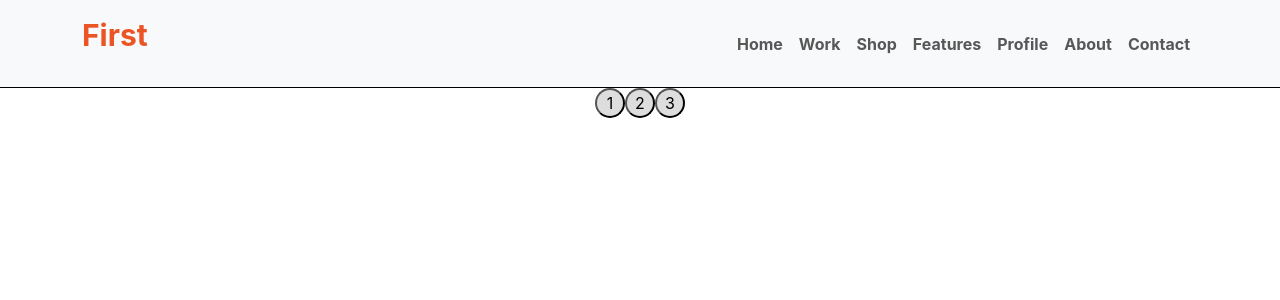
Repository: Hager-h/temple
Page: /contact
The author's editor kept a copy of each file at every save. The page is drawn from the files as they stood at one save, then again after the next save.
The browser window is 1280 px wide. The pictures show the whole page.
The project was rebuilt for these pictures with package versions that can differ from the ones it lists, and the page was loaded fresh each time. Also part of the build but not shown: src/components/work/work.css, src/components/hook/Hook.js, src/components/work/Work.js, src/components/hook2/Hook2.js, src/components/portfolio/Portfolio.js, src/components/footer/Footer.js, src/components/social/Social.js, src/components/about/About.js and 10 more.

Above is the page before, as saved 2023-07-19 15:20:27.

### src/index.js
import React from 'react';
import ReactDOM from 'react-dom/client';
import "../node_modules/bootstrap/dist/css/bootstrap.min.css"
import "../node_modules/bootstrap/dist/js/bootstrap.min.js"
import './index.css';

import App from './App';
import reportWebVitals from './reportWebVitals';
import { BrowserRouter } from 'react-router-dom';

const root = ReactDOM.createRoot(document.getElementById('root'));
root.render(
  <BrowserRouter>
  <App />
  </BrowserRouter>
);

// If you want to start measuring performance in your app, pass a function
// to log results (for example: reportWebVitals(console.log))
// or send to an analytics endpoint. Learn more: https://bit.ly/CRA-vitals
reportWebVitals();

### src/App.js
import './App.css';
import Home from "./components/home/Home"
import Contact from "./components/contact/index"
import Nav from "./components/navbar/Nav"
import {Routes,Route} from "react-router-dom"
import Shop from './components/Shop/Shop';
import Card  from './components/card/Card';
function App() {
  return (
    <div className="App">
    <Nav />
    <Routes>
    <Route path="/" element={<Home />} />
    <Route path="/contact" element={<Contact />} />
    <Route path="/shop" element={<Shop />} />
    <Route path="shop/:cardId" element={<Card />} />

    </Routes>




    </div>
  );
}

export default App;

### src/components/contact/index.js
import React from 'react'
import "./contact.css"
export default function Contact() {
  return (
    <div>
      <div className="contact">
      <div className="btn-cont">
      <button className="circle">1</button>
      <button className="circle">2</button>
      <button className="circle">3</button>

        </div>

      </div>


    </div>
  )
}

### src/components/navbar/Nav.js
import React from "react"
import { Link } from 'react-router-dom'

import "./navStyle.css"
export default function Nav() {
  return (



    <nav className="navbar navbar-expand-lg bg-body-tertiary ">
    <div className="container ">
      <p className="navbar-brand logo-text" >First</p>
      <button className="navbar-toggler" type="button" data-bs-toggle="collapse" data-bs-target="#navbarNavAltMarkup" aria-controls="navbarNavAltMarkup" aria-expanded="false" aria-label="Toggle navigation">
        <span className="navbar-toggler-icon"></span>
      </button>
      <div className="collapse navbar-collapse  " id="navbarNavAltMarkup">
        <div className="navbar-nav ms-auto">
          <Link className="nav-link " to="/">Home</Link>
          <Link className="nav-link" to="/work">Work</Link>
          <Link className="nav-link" to="/shop">Shop</Link>
          <Link className="nav-link" to="/feat">Features</Link>
          <Link className="nav-link" to="/profile">Profile</Link>
          <Link className="nav-link" to="/about">About</Link>
          <Link className="nav-link" to="/contact">Contact</Link>
        </div>

      </div>
    </div>
  </nav>

















  )
}

### src/components/contact/contact.css
.circle{
  width:30px;
  height:30px;
  background-color:#ddd;
  border-radius:50%;
}
.btns-contact{
  display:flex;
  justify-content:space-around;
  align-items:center;
}

### src/components/navbar/navStyle.css
.navbar {
  background: #fff;
  border-bottom: 1px solid #000;


}




 .logo-text {
  font-size: 30px;
  font-weight: bold;
  color:#eb5424
};
.nav-link{
  font-weight: bolder;}
.nav-link:focus, .nav-link:hover {
  color: #F44336;
}.nav-link:focus, .nav-link:hover {
  color: #F44336;

}
.navbar-nav{
  font-weight: bolder;

}
.navbar-toggler:focus{
  border:2px solid #F44336;
  box-shadow: 0 0 0 #F44336;
}
@media(max-width:570px){
  .text-landing{
    width:100%;
  }
}

### src/components/portfolio/port.css
.port{
  margin-top:30px;
}
.box{position:relative;
  overflow: hidden;


}
 .catgeory{
  display :flex;
  justify-content: center;
  align-items: center;
  margin-top: 30px;

 }
 .catgeory p:not(:last-child){
  margin-right: 22px;
 }
.catgeory p{
  cursor:pointer;
  font-weight: bold;

}
.catgeory p:hover,.orange{
  color: #F44336;
}


  .port-image{
    max-width:100%;

 }
 span{
  border:1px solid #F44336;
  position: absolute;
  top:50%;
  left:50%;
  transform: translate(-50%,-50%);
  -webkit-transform: translate(-50%,-50%);
  -moz-transform: translate(-50%,-50%);
  -ms-transform: translate(-50%,-50%);
  -o-transform: translate(-50%,-50%);
  background-color: aliceblue;
  padding: 8px 8px;
  border-radius: 14px;
  -webkit-border-radius: 14px;
  -moz-border-radius: 14px;
  -ms-border-radius: 14px;
  -o-border-radius: 14px;
  cursor:pointer;
  font-weight:bolder;
  opacity:0;

}
.overlay{
  position: absolute;
  top: 0;
  left: 0;
  bottom: 0;
  right: 0;
  background: rgba(224, 158, 138, 0.5);
  font-size: 15px;
  opacity: 0;
  max-width:100% ;
}
.box:hover .overlay,
.box:hover span{
  opacity: 1;
}

Loaded but not shown: public/index.html (common file); src/index.css (common file); src/reportWebVitals.js (common file); src/App.css (common file)

After the next save:
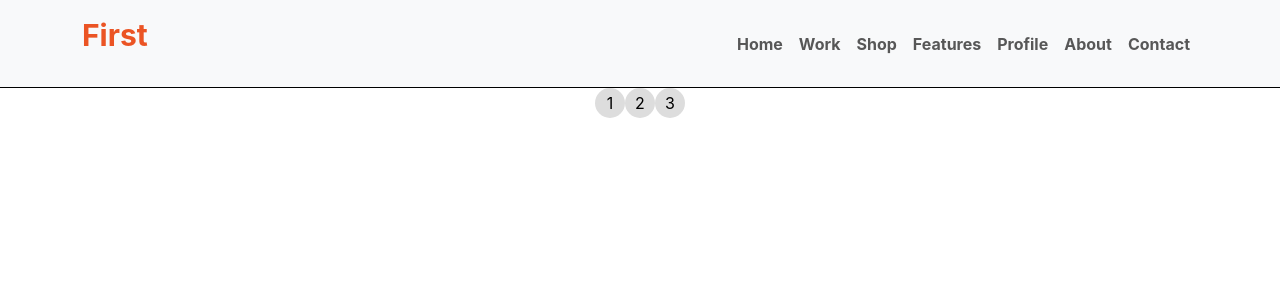
Saved 46 s later.
--- a/src/components/contact/contact.css
+++ b/src/components/contact/contact.css
@@ -3,9 +3,11 @@
   height:30px;
   background-color:#ddd;
   border-radius:50%;
+  outline:none;
+  border:none
 }
 .btns-contact{
   display:flex;
-  justify-content:space-around;
+  justify-content:space-between;
   align-items:center;
 }

After the save that followed:
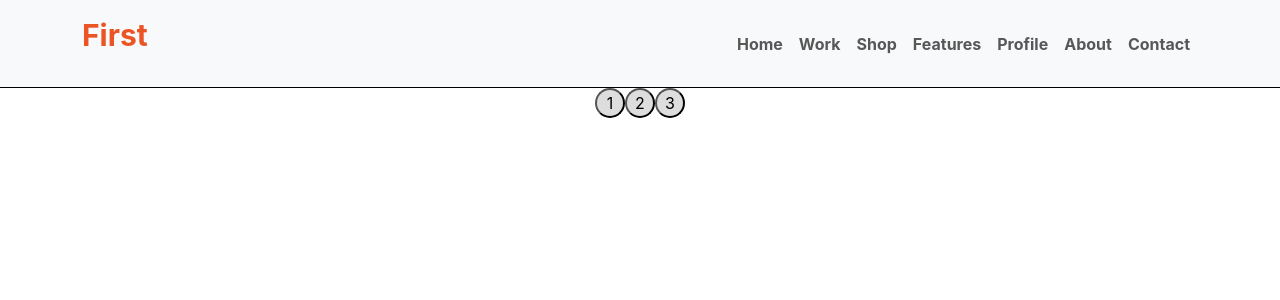
Saved 14 s later.
--- a/src/components/contact/contact.css
+++ b/src/components/contact/contact.css
@@ -4,7 +4,7 @@
   background-color:#ddd;
   border-radius:50%;
   outline:none;
-  border:none
+
 }
 .btns-contact{
   display:flex;
